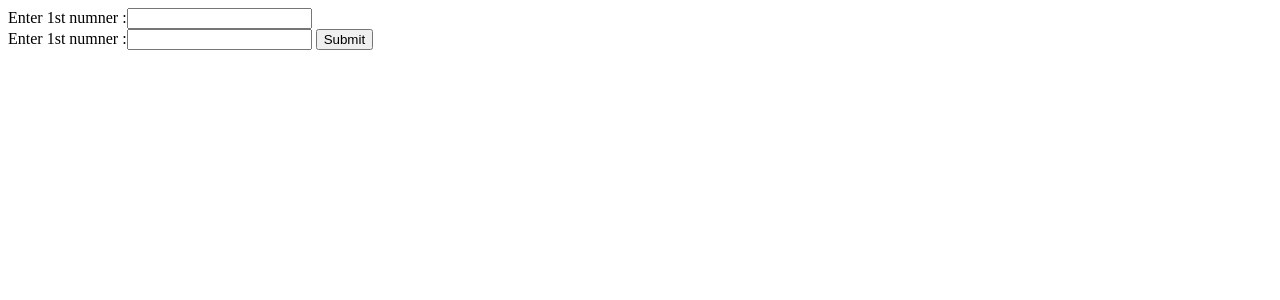
Repository: anoopab/ArisGlobalA
Page: http://localhost/Helloworld/
An editor plug-in stored every save of this project. The page is shown before and after the next save, followed by the edit.
The browser window is 1280 px wide. The pictures show the whole page.
The page is served by Tomcat 9.

Above is the page before, as saved 2021-12-08 09:58:25.

After the next save:
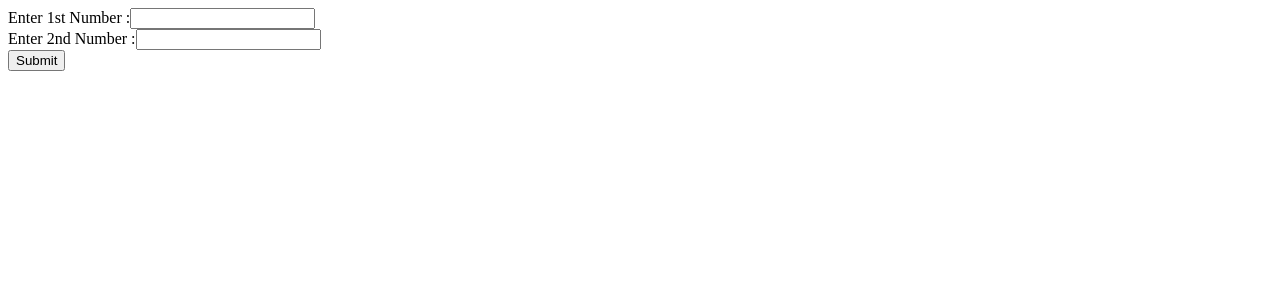
Saved 2 min 15 s later.
--- a/Helloworld/src/main/webapp/index.jsp
+++ b/Helloworld/src/main/webapp/index.jsp
@@ -8,11 +8,11 @@
 
 </head>
 <body>
-<from method="GET" acion="add">
-Enter 1st numner :<input type ="text" name="num1">
+<form method="GET" action=add>
+Enter 1st Number :<input type="text" name="num1">
 <br>
-Enter 1st numner :<input type ="text" name="num2">
-
+Enter 2nd Number :<input type="text" name="num2">
+<br>
 <input type="submit">
-</body>
+</form>
 </html>
